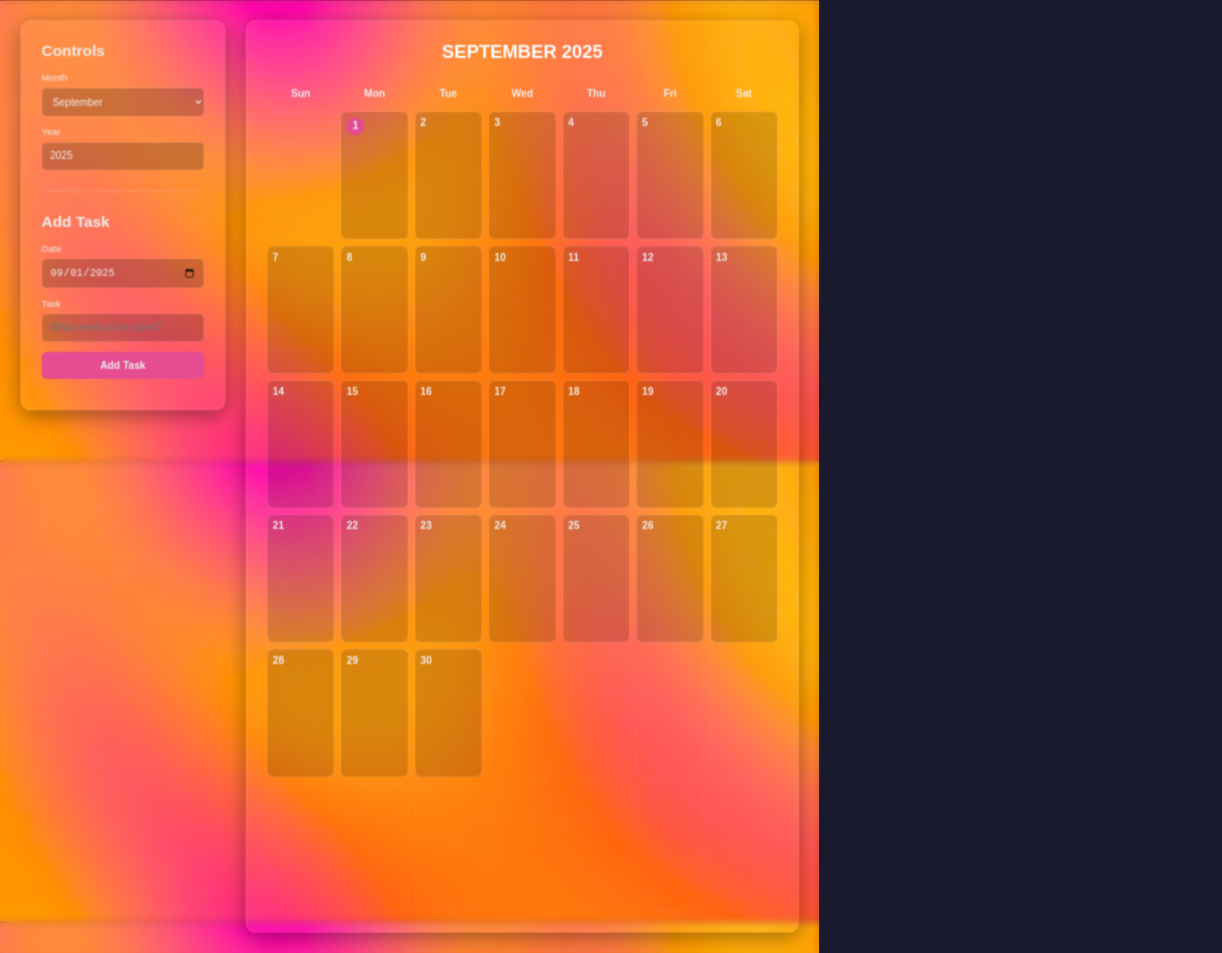
Repository: TanujaNair03/ToDo
Page: static/index.html
These files come from the project's save history. The page is drawn as it stood at one moment and after the next save; the edit follows.
The browser window is 1280 px wide. The page is 1280 px wide, then 1910 px, so the pictures cover 1910 px, including what lies to the right of the window. The pictures show the whole page, at 64% of full size.
The page's requests for data from a server got no answer. Backgrounds fixed to the window are drawn as part of the page.

Above is the page before, as saved 2025-09-01 16:13:59.

After the next save:
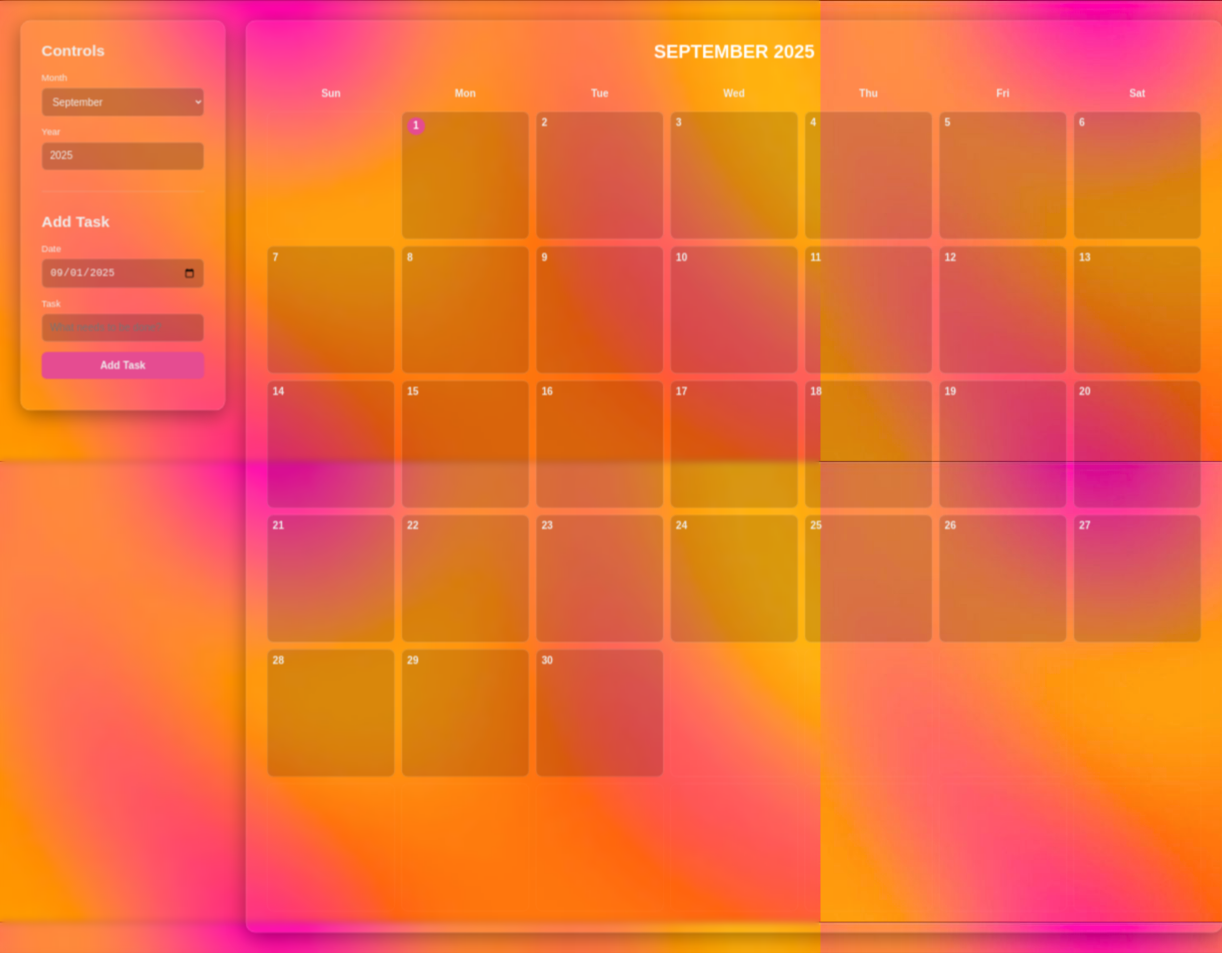
Saved 27 s later.
--- a/static/index.html
+++ b/static/index.html
@@ -93,7 +93,7 @@
 
         .day-cell {
             height: 200px;
-            width: 100%;
+            width: 200px;
             overflow: hidden;
             padding: 8px;
             background: rgba(0, 0, 0, 0.15);
